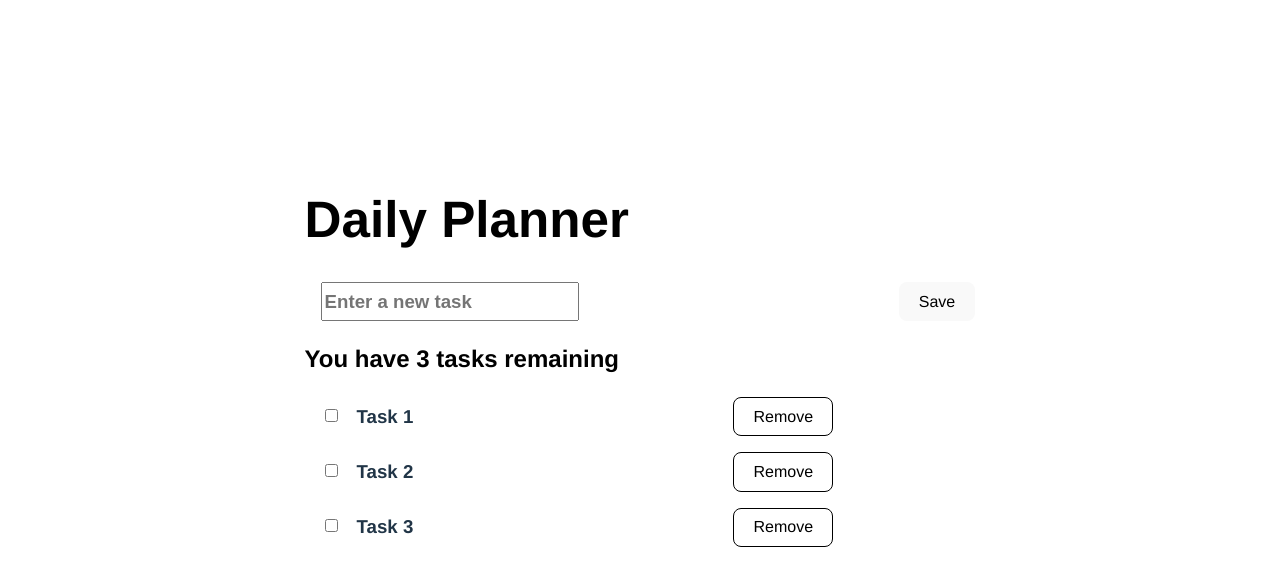
Repository: MonicaNguyenH/Frontend_Assignment6
Page: / (app in react/)
These files come from the project's save history. The page is drawn as it stood at one moment and after a run of saves; the edit follows.
The browser window is 1280 px wide. The pictures show the whole page.
The project was rebuilt for these pictures with package versions that can differ from the ones it lists, and the page was loaded fresh each time. Also part of the build but not shown: react/vite.config.js.

Above is the page before, as saved 2024-10-11 00:54:35.

### react/src/App.jsx
// import { useState } from 'react'
import { useState } from 'react';
import './App.css'
import Task from './components/Task'
import TaskForm from './components/TaskForm';

function App() {
  const [task, setTask] = useState([
    { id: 1, name: "Task 1", completed: false },
    { id: 2, name: "Task 2", completed: false },
    { id: 3, name: "Task 3", completed: false }
  ]);

  const addTask = (newTask) => {
    setTask([...task, {...newTask, completed: false}]); // add task incompleted by default
  };

  const toggleComplete = (taskId) => {
    const updatedTasks = task.map(task =>
      task.id === taskId ? { ...task, completed: !task.completed } : task // toggle task completed status
    );
    setTask(updatedTasks); // update the state with the new task list
  };

  const removeTask = (taskId) => {
    const updatedTasks = task.filter(task => task.id !== taskId);
    setTask(updatedTasks); // update the state without the removed task
  };

  // count remaining task
  const remainingTask = task.filter(task => !task.completed).length;

  return (
    <>
      <div className="main">
        <h1 className="header">Daily Planner</h1>
        <div>
          <TaskForm addTask={addTask} /> {/* Pass addTask to TaskForm */}
          <h2 className="counting">You have {remainingTask} task{remainingTask !== 1 ? 's' : ''} remaining</h2> {/* count remaining (more than 1 have 's') */}
          {task.map((task) => (
            <Task
              key={task.id}

              name={task.name}
              completed={task.completed}
              toggleComplete={toggleComplete}
              removeTask={() => removeTask(task.id)}
            />
          ))}
        </div>
      </div>
    </>
  )
}

export default App

### react/src/App.css
#root {
  max-width: 1280px;
  margin: 0 auto;
  padding: 2rem;
  text-align: center;

  font-family: Helvetica, sans-serif;
}

.main {

}

.header {
  color: black;
  text-align: left;
}

.counting {
  color: black;
  text-align: left;
}

/* TaskForm  */
.formContainer {
  width: 100%;
  display: flex;
  flex-direction: row;
  justify-content: center;
  gap: -10rem;
}

#task-input {
  width: 20em;
}


.task {
  display: flex;
  flex-direction: row;
  align-items: center;
  margin: 1em;

  width: 100%;
  min-width: 10rem;
}

#checkbox {
  margin-right: 1rem;
  width: 2em;
  height: 2rem;
  accent-color: pink;
}

#task-name {
  margin: 0 20rem 0 1rem;
  font-weight: bold;
  font-size: 14pt;
}

.task-delete {
  border: 1px solid black;
  background-color: white;
  border-radius: 15;
  cursor: pointer;
}

.task-delete:hover {
  border: 1px solid pink;
}

### react/src/components/Task.jsx
import { useState, useEffect, useRef } from "react";

export default function Task({name, toggleComplete, id, completed, removeTask}){

    // check box section
    // Ref for the checkbox and task name elements
    const checkboxRef = useRef(null);
    const taskNameRef = useRef(null);

    useEffect(() => {
        const checkbox = checkboxRef.current;
        const crossText = taskNameRef.current;

        if (checkbox&&crossText) {
            const handleCheckBoxChange = () => {
                toggleComplete(id); // call toggleComplete function passed from the parent to update task completion status
                if(checkbox.checked) {
                    crossText.style.textDecoration = "line-through";
                } else {
                    crossText.style.textDecoration = "none";
                }
            };

            checkbox.addEventListener("change", handleCheckBoxChange);

            // cleanup listener
            return () => {
                checkbox.removeEventListener("change", handleCheckBoxChange);
            };

        }
    }, [toggleComplete, id]);

    // remove button section
    const [visible, setVisible] = useState(true);

    // const removeTask = () => {
    //     setVisible(false);
    // };

    if (!visible) {
        return null;
    }

    return (
        <>
            <div className="task">
                <label htmlFor="checkbox">
                    <input
                        type="checkbox"
                        id={`checkbox-${id}`}
                        ref={checkboxRef}
                        checked={completed} // current taks status based on completion
                        onChange={() => toggleComplete(id)}
                    />
                </label>
                <p id="task-name" ref={taskNameRef}>{name}</p>
                <button
                    className="task-delete"
                    onClick={removeTask}>
                        Remove
                </button>
            </div>

        </>
    );
}

### react/src/components/TaskForm.jsx
import { useState } from "react";
import { nanoid } from 'nanoid';

// const taskTemplate = {
//     name: 'new task'
// };

export default function TaskForm({addTask}) {
    const [taskName, setTaskName] = useState(''); // state for the task input
    const [editing, setEditing] = useState(false); // editing task

    // form submission
    const handleSubmit = (e) => {
        e.preventDefault(); // the form submission will be handled by JavaScript instead of triggering a page refresh
        if (taskName.trim()) { // checks if the taskName (the text the user entered) is not an empty string after trimming whitespace
            addTask({
                id: nanoid(),
                name: taskName
            });
            setTaskName(''); // clear the input field
            //setEditing(false); // close the form after saving
        }
    }

    return (
        <>
            <form onSubmit={handleSubmit}>
                <div className="formContainer">
                    <input
                        id="task-name"
                        name="task-name"
                        type="text"
                        value={taskName}
                        onChange={(e) => setTaskName(e.target.value)}
                        placeholder="Enter a new task"
                    />
                    <div className="btn-group">
                        <button type="submit" className="btn-save">Save</button>
                    </div>
                </div>
            </form>
        </>
    )
}

Loaded but not shown: react/index.html (common file); react/src/main.jsx (common file); react/src/index.css (common file)

After the next 2 saves:
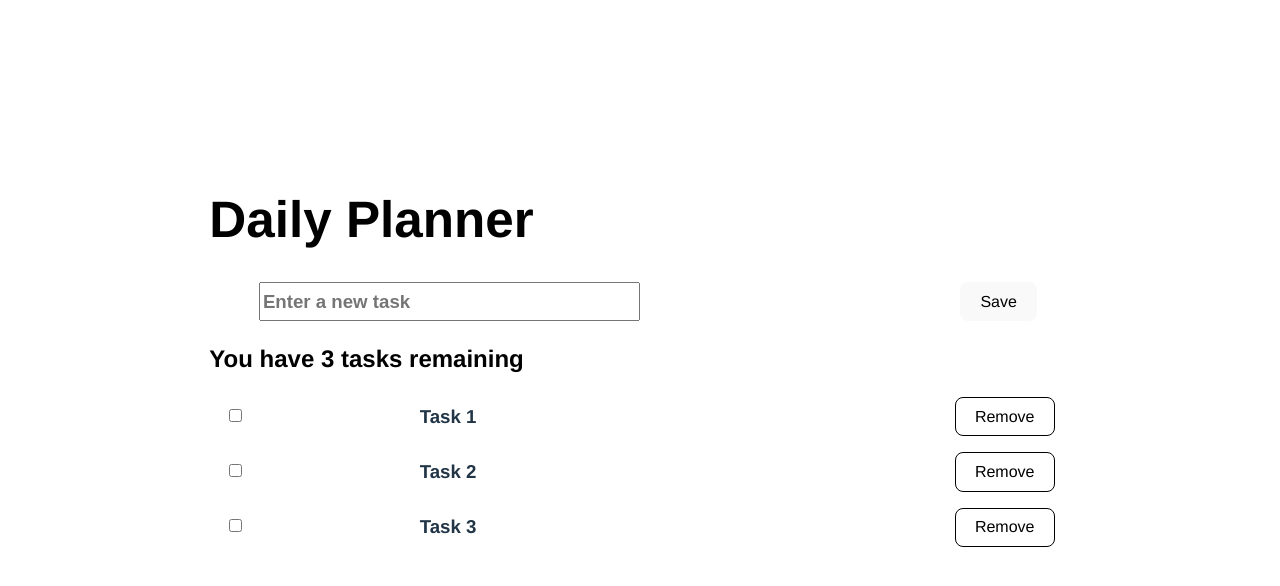
The 2 saves are shown as one change because they came seconds apart.
The last was saved 13 s later.
--- a/react/src/App.css
+++ b/react/src/App.css
@@ -27,10 +27,9 @@
   display: flex;
   flex-direction: row;
   justify-content: center;
-  gap: -10rem;
 }
 
-#task-input {
+#task-name {
   width: 20em;
 }
 

After the 3 saves that followed:
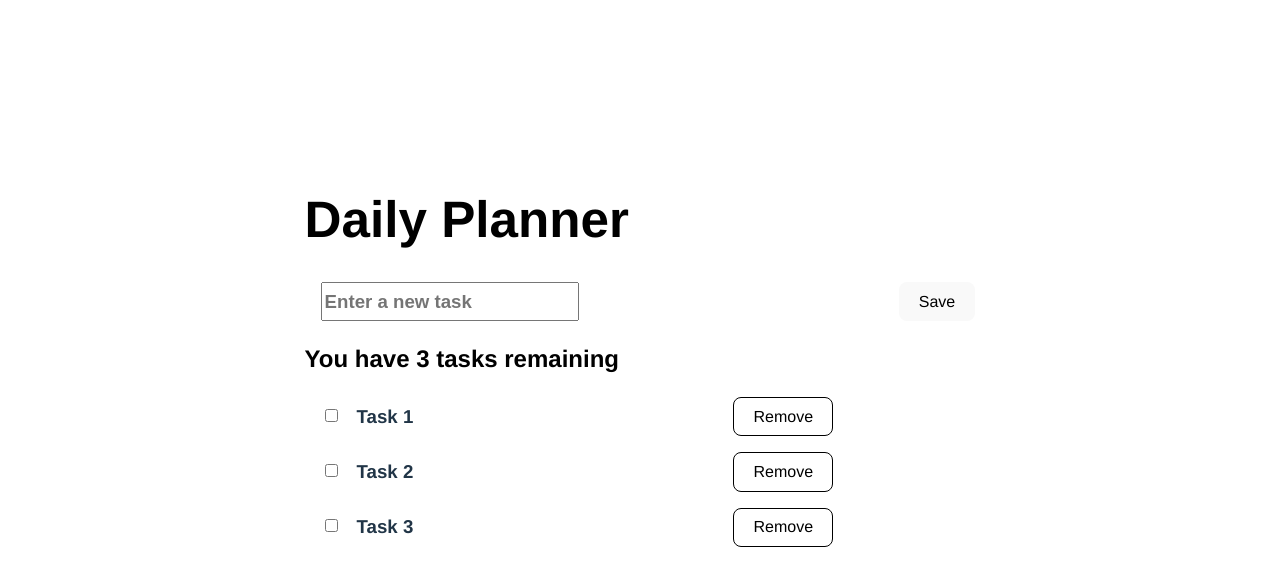
The 3 saves are shown as one change because 2 left the picture as it was.
The last was saved 116 s later.
--- a/react/src/App.jsx
+++ b/react/src/App.jsx
@@ -40,7 +40,6 @@ function App() {
           {task.map((task) => (
             <Task
               key={task.id}
-
               name={task.name}
               completed={task.completed}
               toggleComplete={toggleComplete}
--- a/react/src/App.css
+++ b/react/src/App.css
@@ -27,10 +27,6 @@
   display: flex;
   flex-direction: row;
   justify-content: center;
-}
-
-#task-name {
-  width: 20em;
 }
 
 
--- a/react/src/components/TaskForm.jsx
+++ b/react/src/components/TaskForm.jsx
@@ -28,6 +28,7 @@ export default function TaskForm({addTask}) {
                 <div className="formContainer">
                     <input
                         id="task-name"
+                        class="task-input"
                         name="task-name"
                         type="text"
                         value={taskName}
